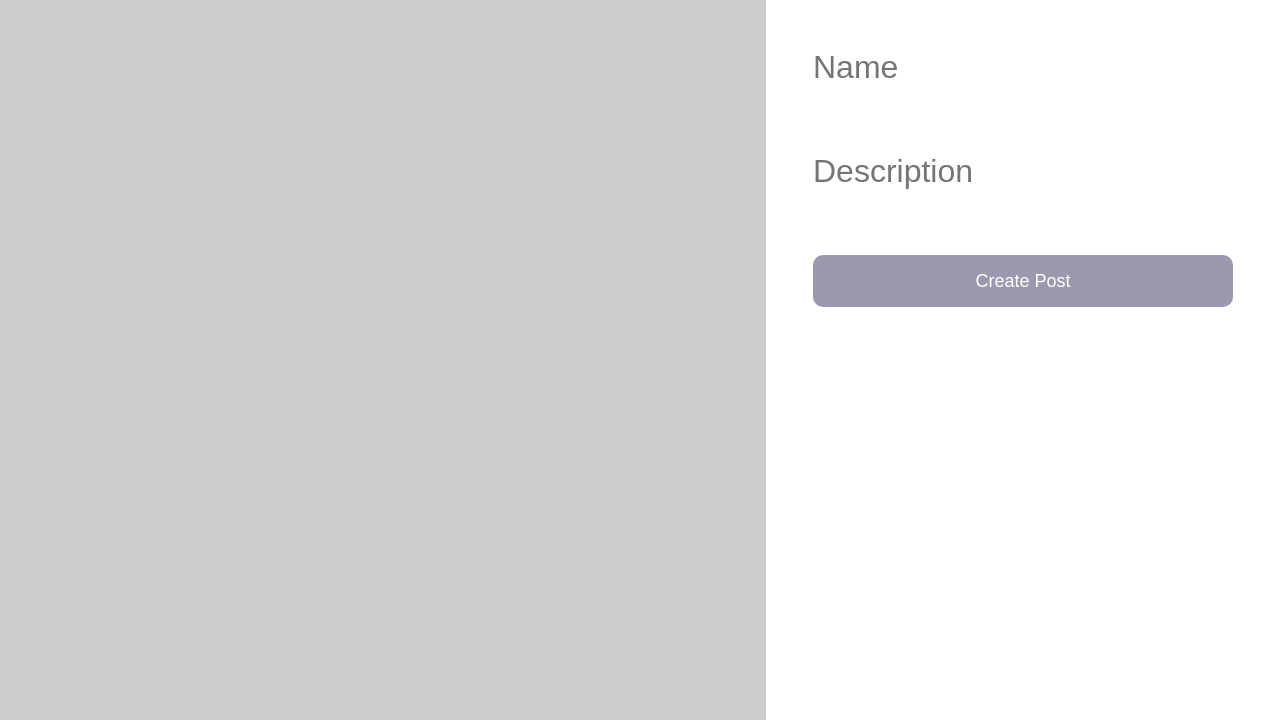
Repository: Axeliriya/vue-todo
Page: /
The author's editor kept a copy of each file at every save. The page is drawn from the files as they stood at one save, then again after the next save.
The browser window is 1280 px wide. The pictures show the whole page.
The project was rebuilt for these pictures with package versions that can differ from the ones it lists, and the page was loaded fresh each time. Also part of the build but not shown: vue.config.js.

Above is the page before, as saved 2022-04-01 18:21:42.

### public/index.html
<!DOCTYPE html>
<html lang="">
  <head>
    <meta charset="utf-8">
    <meta name="viewport" content="width=device-width,initial-scale=1.0">
    <link rel="icon" href="<%= BASE_URL %>favicon.ico">
    <title>Todo</title>
  </head>
  <body>
    <div id="app"></div>
  </body>
</html>

### src/App.vue
<template>
  <div class="app">
    <div class="overlay">
      <div class="modal">
        <form class="form" @submit.prevent>
          <input
            v-bind:value="title"
            @input="title = $event.target.value"
            class="input"
            type="text"
            placeholder="Name"
          />
          <input
            v-bind:value="body"
            @input="body = $event.target.value"
            class="input"
            type="text"
            placeholder="Description"
          />
          <div class="button__wrapper">
            <button class="button" @click="createPost">Create Post</button>
          </div>
        </form>
      </div>
    </div>
  </div>
</template>

<script>
export default {
  data() {
    return {
      posts: [
        { id: Date.now(), title: 'Post about HTML5', body: 'For example' },
        { id: Date.now() + 1, title: 'Post about CSS3', body: 'For example' },
        { id: Date.now() + 2, title: 'Post about React', body: 'For example' },
        { id: Date.now() + 3, title: 'Post about Redux', body: 'For example' },
        { id: Date.now() + 4, title: 'Post about Vue 3', body: 'For example' },
        { id: Date.now() + 5, title: 'Post about Vuex', body: 'For example' },
      ],
      title: '',
      body: '',
    };
  },
  methods: {
    createPost() {
      const newPost = {
        id: Date.now(),
        title: this.title,
        body: this.body,
      };
      this.posts.push(newPost);
      this.title = '';
      this.body = '';
    },
  },
};
</script>

<style>
* {
  margin: 0;
  padding: 0;
  box-sizing: border-box;
}

body {
  font-family: 'Roboto', sans-serif;
}

ul {
  list-style-type: none;
}

img {
  display: block;
  width: 100%;
  height: auto;
}

.app {
  padding: 15px;
}

.overlay {
  position: fixed;
  top: 0;
  left: 0;
  width: 100%;
  height: 100vh;
  background-color: rgb(0, 0, 0, 0.2);
  display: flex;
  justify-content: end;
}

.modal {
  padding: 15px;
  background-color: #fff;
}

.form {
  display: grid;
  grid-template-columns: 1fr;
}

.input {
  background-color: transparent;
  border: none;
  padding: 32px;
  font-weight: 400;
  font-size: 32px;
  line-height: 40px;
}

.button__wrapper {
  padding: 32px;
}

.button {
  width: 100%;
  border: none;
  background: rgb(3, 2, 53, 0.4);
  border-radius: 10px;
  padding: 16px;
  color: #ffffff;
  font-weight: 500;
  font-size: 18px;
  line-height: 20px;
  cursor: pointer;
}

.button:hover {
  background: rgb(3, 2, 53, 0.5);
}
</style>

Loaded but not shown: src/main.js (common file)

After the next save:
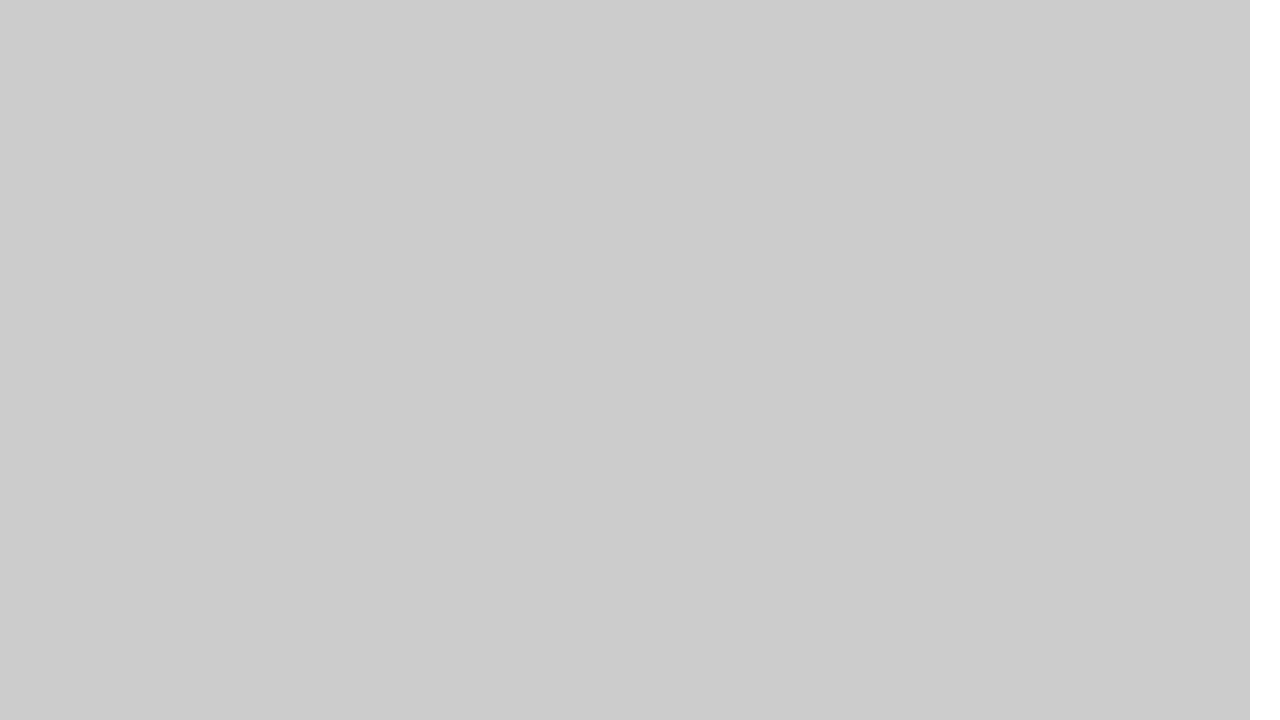
Saved 46 s later.
--- a/src/App.vue
+++ b/src/App.vue
@@ -1,27 +1,7 @@
 <template>
   <div class="app">
     <div class="overlay">
-      <div class="modal">
-        <form class="form" @submit.prevent>
-          <input
-            v-bind:value="title"
-            @input="title = $event.target.value"
-            class="input"
-            type="text"
-            placeholder="Name"
-          />
-          <input
-            v-bind:value="body"
-            @input="body = $event.target.value"
-            class="input"
-            type="text"
-            placeholder="Description"
-          />
-          <div class="button__wrapper">
-            <button class="button" @click="createPost">Create Post</button>
-          </div>
-        </form>
-      </div>
+      <div class="modal"></div>
     </div>
   </div>
 </template>
